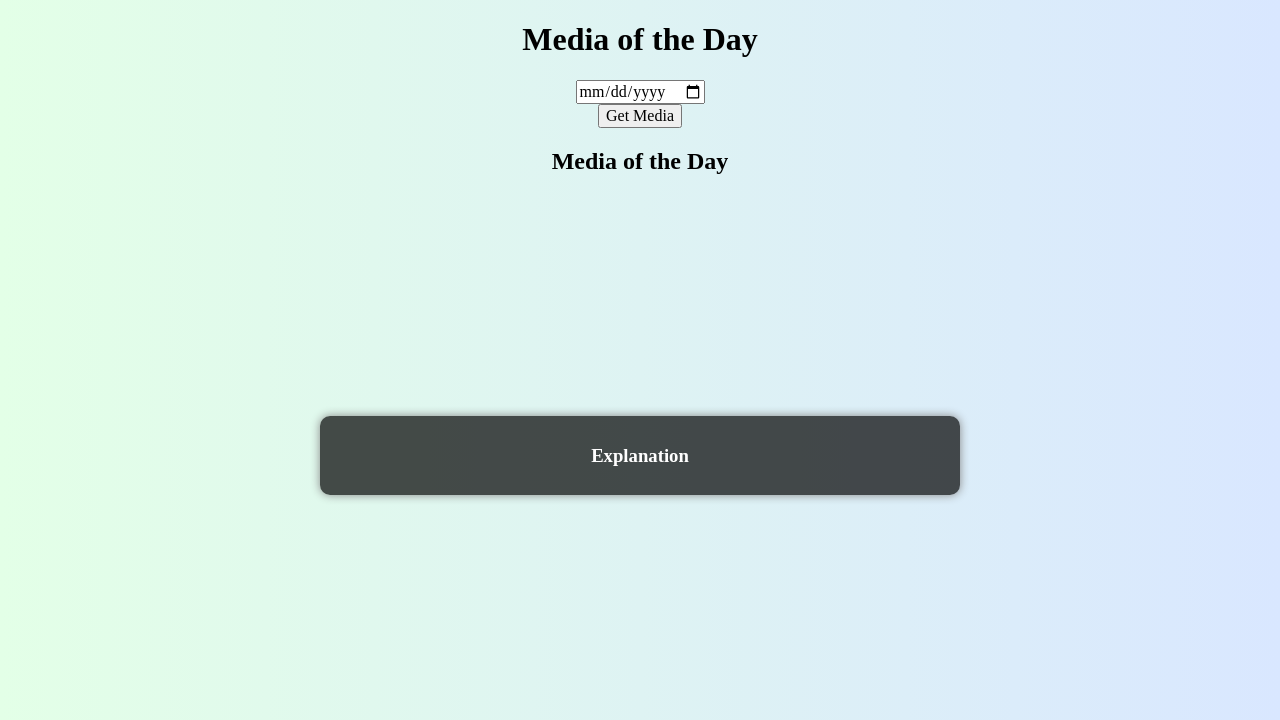
Repository: lvcg/nasa-api-template-
Page: index.html
These files come from the project's save history. The page is drawn as it stood at one moment and after a run of saves; the edit follows.
The browser window is 1280 px wide. The pictures show the whole page.

Above is the page before, as saved 2023-02-28 19:56:35.
Console error: TypeError: Cannot read properties of null (reading 'removeAttribute')

After the next 5 saves:
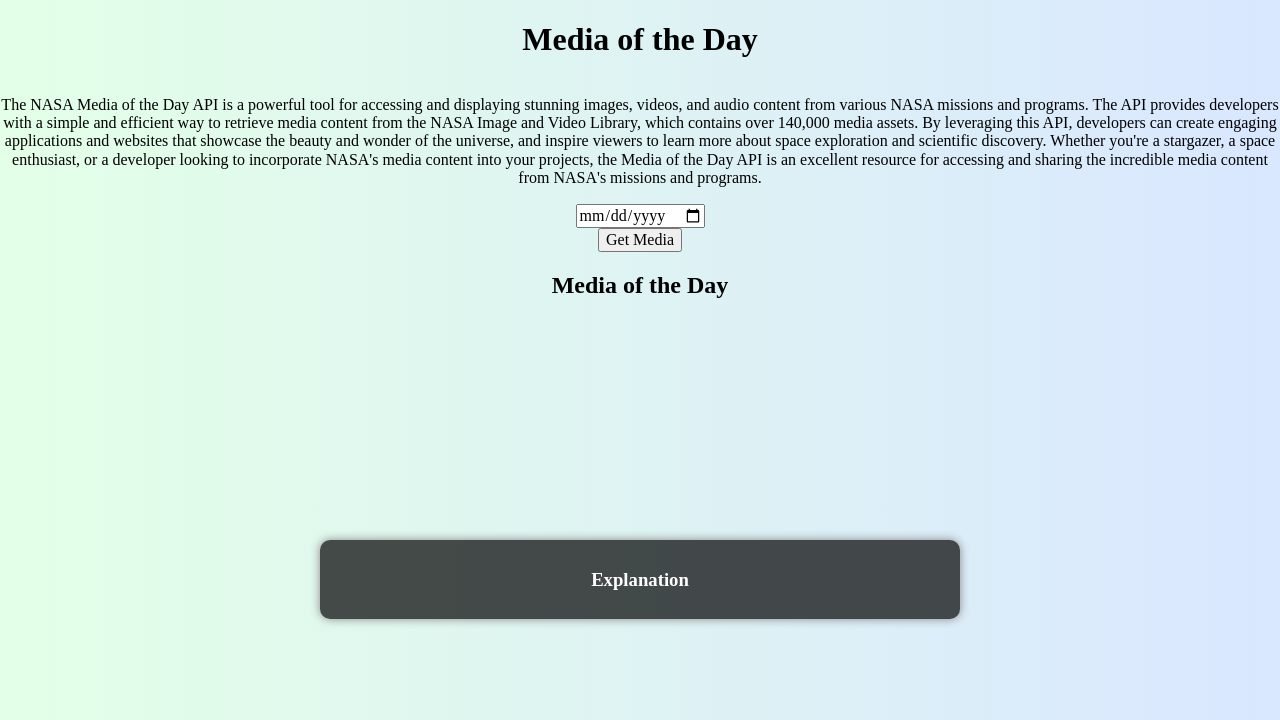
The 5 saves are shown as one change because they came seconds apart.
The last was saved 5 min 58 s later.
--- a/index.html
+++ b/index.html
@@ -14,6 +14,7 @@
   <body>
     <div class="container">
       <h1>Media of the Day</h1>
+      <p>The NASA Media of the Day API is a powerful tool for accessing and displaying stunning images, videos, and audio content from various NASA missions and programs. The API provides developers with a simple and efficient way to retrieve media content from the NASA Image and Video Library, which contains over 140,000 media assets. By leveraging this API, developers can create engaging applications and websites that showcase the beauty and wonder of the universe, and inspire viewers to learn more about space exploration and scientific discovery. Whether you're a stargazer, a space enthusiast, or a developer looking to incorporate NASA's media content into your projects, the Media of the Day API is an excellent resource for accessing and sharing the incredible media content from NASA's missions and programs.</p>
       <input type="date" name="">
       <button type="button">Get Media</button>
 
